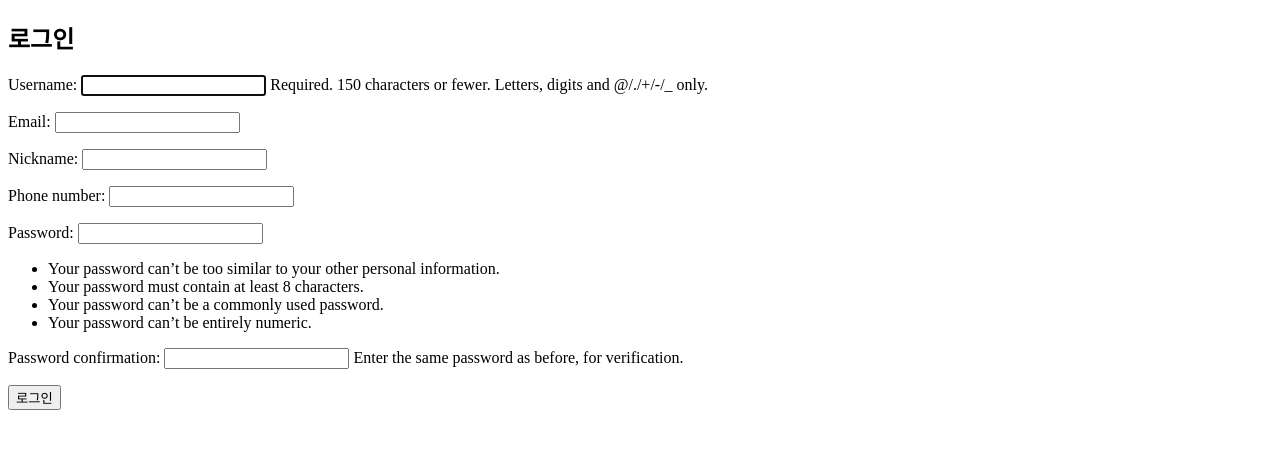
Repository: SSWU-LIKELION-13TH-BE/Django_KimGaYoon
Page: http://localhost/user/login/
These files come from the project's save history. The page is drawn as it stood at one moment and after the next save; the edit follows.
The browser window is 1280 px wide. The pictures show the whole page.
The page is served by the project's application, run on Django 5.2 (manage.py).

Above is the page before, as saved 2025-03-31 17:20:26.

After the next save:
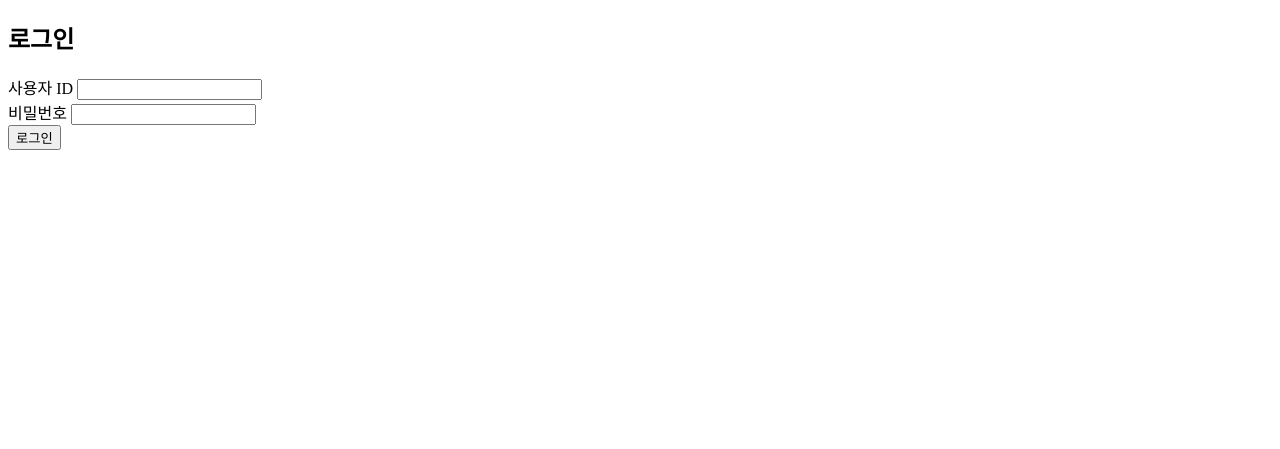
Saved 2 min 32 s later.
--- a/user/templates/login.html
+++ b/user/templates/login.html
@@ -8,7 +8,14 @@
     <h2>로그인</h2>
     <form method="post">
         {% csrf_token %}
-        {{ form.as_p }}
+        <div>
+            <label>사용자 ID</label>
+            <input type="text" name="username" id="username">
+        </div>
+        <div>
+            <label>비밀번호</label>
+            <input type="text" name="password" id="password">
+        </div>
         <button type="submit">로그인</button>
     </form>
 </body>
